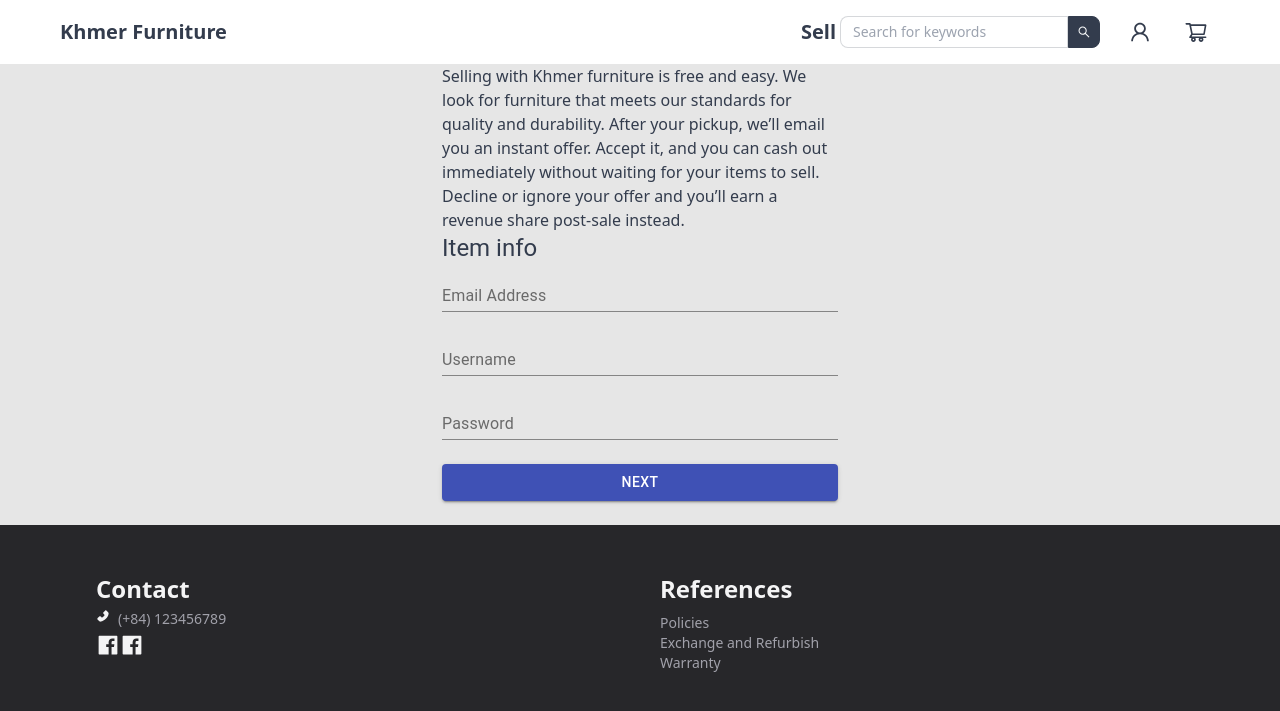
Repository: PlayerNguyen/dotot-shop
Page: /sell (app in client/)
The author's editor kept a copy of each file at every save. The page is drawn from the files as they stood at one save, then again after the next save.
The browser window is 1280 px wide. The pictures show the whole page.
The project was rebuilt for these pictures with package versions that can differ from the ones it lists, and the page was loaded fresh each time. Also part of the build but not shown: client/src/components/NoMatch/NoMatch.jsx, client/src/components/Sell/ProductDetails.js, client/src/components/Sell/Confirmation.js, client/src/components/Sell/Success.js.

Above is the page before, as saved 2022-12-06 11:23:59.

### client/src/index.html
<!DOCTYPE html>
<html lang="en" data-theme="emerald">
  <head>
    <meta charset="UTF-8" />
    <meta http-equiv="X-UA-Compatible" content="IE=edge" />
    <meta name="viewport" content="width=device-width, initial-scale=1.0" />
    <title>dotot.com - Nơi mua bán đồ cũ</title>
    <link rel="stylesheet" href="./index.css" />
  </head>
  <body>
    <div id="app"></div>

    <script src="./index.js" type="module"></script>
  </body>
</html>

### client/src/index.js
import React, { Suspense } from "react";
import client from "react-dom/client";
import { BrowserRouter } from "react-router-dom";
import App from "./App";
import "./index.css";
const appElement = document.getElementById("app");
let root = client.createRoot(appElement);
import { Provider } from "react-redux";
import { store } from "./stores/globalStore";

root.render(
  <React.StrictMode>
    <BrowserRouter>
      <Provider store={store}>
        <App />
      </Provider>
    </BrowserRouter>
  </React.StrictMode>
);

### client/src/App.jsx
import React, { Suspense } from "react";
import { ToastContainer } from "react-toastify";
import { Link, Route, Routes } from "react-router-dom";
const Home = React.lazy(() => import("./components/Home/Home"));
const Credentials = React.lazy(() =>
  import("./components/Credentials/Credentials")
);
import "react-toastify/dist/ReactToastify.css";
const SignUp = React.lazy(() => import("./components/Credentials/SignUp"));
const SignIn = React.lazy(() => import("./components/Credentials/SignIn"));
import Navbar from "./components/Navbar/Navbar";
const SignOut = React.lazy(() => import("./components/Credentials/SignOut"));
const CredentialSelection = React.lazy(() =>
  import("./components/Credentials/CredentialSelection")
);

import NoMatch from "./components/NoMatch/NoMatch";
import Footer from "./components/Footer/Footer";

const Product = React.lazy(() => import("./components/Product/Product"));
const ProductView = React.lazy(() =>
  import("./components/Product/ProductView")
);
const Profile = React.lazy(() => import("./components/Profile/Profile"));
const ProfileGeneral = React.lazy(() =>
  import("./components/Profile/ProfileGeneral")
);
const RequestSignedIn = React.lazy(() =>
  import("./components/RequestSignedIn/RequestSignedIn")
);

import { AiFillHome, AiOutlineUser } from "react-icons/ai";
const Checkout = React.lazy(() => import("./components/Checkout/Checkout"));

import Sell from "./components/Sell/Sell";

export default function App() {
  return (
    <div className="drawer bg-base-200">
      <input id="app-drawer" type="checkbox" className="drawer-toggle" />

      <div className="drawer-content flex flex-col">
        {/* Navbar */}
        <Suspense>
          <Navbar />
        </Suspense>

        {/* Render home */}
        <Routes>
          <Route path="/">
            <Route
              index
              element={
                <Suspense>
                  <Home />
                </Suspense>
              }
            />
            <Route
              path="/users"
              element={
                <Suspense>
                  <Credentials />
                </Suspense>
              }
            >
              {/* TODO: check whether user is logged in or not, to put current */}
              <Route
                index
                element={
                  <Suspense>
                    <CredentialSelection />
                  </Suspense>
                }
              />
              <Route
                path="/users/sign-up"
                element={
                  <Suspense>
                    <SignUp />
                  </Suspense>
                }
              />
              <Route
                path="/users/sign-in"
                element={
                  <Suspense>
                    <SignIn />
                  </Suspense>
                }
              />
              <Route path="/users/sign-out" element={<SignOut />} />
            </Route>
            <Route
              path="/products"
              element={
                <Suspense>
                  <Product />
                </Suspense>
              }
            >
              <Route
                path=":productId"
                element={
                  <Suspense>
                    <ProductView />
                  </Suspense>
                }
              />
            </Route>
            <Route
              element={
                <Suspense>
                  <RequestSignedIn />
                </Suspense>
              }
            >
              <Route
                path="/profile"
                element={
                  <Suspense>
                    <Profile />
                  </Suspense>
                }
              >
                <Route
                  path="/profile/general"
                  element={
                    <Suspense>
                      <ProfileGeneral />
                    </Suspense>
                  }
                />
              </Route>
            </Route>
            <Route
              path="/checkout"
              element={
                <Suspense>
                  <Checkout />
                </Suspense>
              }
            ></Route>
            <Route path="/sell" element={<Sell />} />
            <Route path="*" element={<NoMatch />} />
          </Route>
        </Routes>

        {/* Footer */}
        <Footer />
      </div>
      {/* Drawer side */}
      <div className="drawer-side">
        <label htmlFor="app-drawer" className="drawer-overlay"></label>
        <ul className="menu p-4 overflow-y-auto w-80 bg-base-100">
          <li>
            <Link to="/" className="">
              <i>
                <AiFillHome />
              </i>
              <span>Home</span>
            </Link>
          </li>

          <li>
            <Link to="/profile">
              <i>
                <AiOutlineUser />
              </i>
              <span>Users</span>
            </Link>
          </li>
        </ul>
      </div>

      <ToastContainer />
    </div>
  );
}

### client/src/stores/globalStore.ts
import { configureStore } from "@reduxjs/toolkit";
import cartSliceReducer from "../slices/CartSlice";
export const store = configureStore({
  reducer: {
    cart: cartSliceReducer,
  },
});

// Infer the `RootState` and `AppDispatch` types from the store itself
export type RootState = ReturnType<typeof store.getState>;
// Inferred type: {posts: PostsState, comments: CommentsState, users: UsersState}
export type AppDispatch = typeof store.dispatch;

### client/src/components/Navbar/Navbar.jsx
import { useState } from "react";
import {
  AiFillSetting,
  AiOutlineSearch,
  AiOutlineShoppingCart,
  AiOutlineUser,
} from "react-icons/ai";
import { ImExit } from "react-icons/im";
import { FiMenu } from "react-icons/fi";
import { Link } from "react-router-dom";

export default function Navbar() {
  const [cartSize, setCartSize] = useState(0);
  const [signedIn, setSignedIn] = useState(false);

  useState(() => {
    setSignedIn(localStorage.getItem("token") !== null);
  }, [localStorage]);

  return (
    <div className="navbar bg-base-100 lg:px-12">
      {/* Navbar start section */}
      <div className="flex flex-row lg:hidden">
        <label htmlFor="app-drawer" className="drawer-button btn btn-ghost">
          <FiMenu className="text-xl" />
        </label>
      </div>

      <div className="flex-1 px-3">
        <Link to="/">
          <h1 className="text-xl font-bold">Khmer Furniture</h1>
        </Link>
      </div>

      {/* Wide screen  */}
      <div className="hidden lg:flex flex-row gap-1 text-2xl">
      <Link to="/sell">
          <h1 className="text-xl font-bold">Sell </h1>
          <span></span>
        </Link>
        {/* Search group */}
        <div>
          <div className=" input-group">
            <input
              className="input input-bordered input-sm"
              placeholder="Search for keywords"
            />
            <button className="btn btn-square btn-sm">
              <AiOutlineSearch />
            </button>
          </div>
        </div>
        {/* Link group */}
        <div className="menu menu-horizontal p-2 rounded-box text-md">
          {!signedIn ? (
            <li>
              <Link to={"/users/"}>
                <AiOutlineUser />
              </Link>
            </li>
          ) : (
            <li>
              <div className="dropdown dropdown-end dropdown-hover block">
                <label tabIndex={0}>
                  <AiOutlineUser />
                </label>
                <ul
                  tabIndex={0}
                  className="menu dropdown-content p-2 shadow bg-base-100 rounded-box w-52 mt-4 text-sm"
                >
                  <li className="block">
                    <Link to="/profile">
                      <AiFillSetting />
                      Profile
                    </Link>
                  </li>
                  <li className="block">
                    <Link to={`/users/sign-out`}>
                      <ImExit />
                      Sign out
                    </Link>
                  </li>
                </ul>
              </div>
            </li>
          )}

          <li>
            <Link to={"/checkout"} className="relative">
              <AiOutlineShoppingCart />
              {cartSize && cartSize > 0 ? (
                <span className="text-sm ">{cartSize}</span>
              ) : null}
            </Link>
          </li>
        </div>
      </div>

      {/* For small screen */}
      <div className="lg:hidden">
        <div className="menu menu-horizontal p-2 rounded-box text-xl">
          {/* Shopping cart */}
          <li>
            <a className="relative">
              <span>
                <AiOutlineShoppingCart />
              </span>
              {cartSize && cartSize > 0 ? (
                <span className="absolute text-sm left-2 top-2 bg-red-400 px-2 rounded-full text-white">
                  {cartSize}
                </span>
              ) : null}
            </a>
          </li>
          {/* Search */}
          <li>
            <a className="relative">
              <AiOutlineSearch />
            </a>
          </li>
        </div>
      </div>
    </div>
  );
}

### client/src/components/Footer/Footer.jsx
import React from "react";
import { AiFillFacebook, AiFillPhone } from "react-icons/ai";

export default function Footer() {
  return (
    <div className="footer-wrapper bg-zinc-800 text-zinc-100 md:px-12">
      <footer className="footer p-12 min-h-[20vh] flex flex-col gap-4 sm:flex-row  sm:gap-10">
        <div className="flex flex-col gap-1 flex-1">
          {/* <div className="font-bold text-2xl">General</div> */}
          <div className={`font-bold text-2xl`}>Contact</div>

          <div>
            <div className="flex flex-row gap-2">
              <span>
                <AiFillPhone />
              </span>
              <span className="text-zinc-400">(+84) 123456789</span>
            </div>
            {/* Social medias */}
            <div className="flex flex-row text-2xl my-1">
              <div>
                <AiFillFacebook />
              </div>
              <div>
                <AiFillFacebook />
              </div>
            </div>
          </div>
        </div>

        <div className="flex-1">
          <div className="text-2xl font-bold">References</div>
          <div className="text-zinc-400">
            <div>Policies</div>
            <div>Exchange and Refurbish</div>
            <div>Warranty</div>
          </div>
        </div>
      </footer>
    </div>
  );
}

### client/src/components/Sell/Sell.jsx
import React, { Component } from 'react'
import UserDetails from './UserDetails';
import ProductDetails from './ProductDetails';
import Confirmation from './Confirmation';
import Success from './Success';

export default class Sell extends Component{

  state = {
    step: 1,
    email: '',
    username: '',
    password: '',
    firstName: '',
    lastName: '',
    country: '',
    levelOfEducation: '',
  }

  // go back to previous step
  prevStep = () => {
    const { step } = this.state;
    this.setState({ step: step - 1 });
  }

  // proceed to the next step
  nextStep = () => {
    const { step } = this.state;
    this.setState({ step: step + 1 });
  }

  // Handle fields change
  handleChange = input => e => {
    this.setState({ [input]: e.target.value });
  }

  render() {
    const { step } = this.state;
    const { email, username, password, firstName, lastName, country, levelOfEducation } = this.state;
    const values = { email, username, password, firstName, lastName, country, levelOfEducation }

    switch(step) {
      case 1:
        return (
          <UserDetails
            nextStep={ this.nextStep }
            handleChange={ this.handleChange }
            values={ values }
          />
        )
      case 2:
        return (
          <ProductDetails
            prevStep={ this.prevStep }
            nextStep={ this.nextStep }
            handleChange={ this.handleChange }
            values={ values }
          />
        )
      case 3:
          return (
            <Confirmation
              prevStep={ this.prevStep }
              nextStep={ this.nextStep }
              values={ values }
            />
          )
        case 4:
          return (
            <Success />
          )
      default:
          // do nothing
    }
  }

}

### client/src/slices/CartSlice.ts
import { createSlice } from "@reduxjs/toolkit";
import type { PayloadAction } from "@reduxjs/toolkit";

const cart = localStorage.getItem(
  process.env.CART_ITEM_KEY_NAME ? process.env.CART_ITEM_KEY_NAME : "cartItems"
);
const initialState = {
  items: cart ? JSON.parse(cart) : new Set(),
};

const CartSlice = createSlice({
  name: "Cart",
  initialState,
  reducers: {
    addCartItem: (state, action: PayloadAction<string>) => {
      if (!state.items.includes(action.payload)) {
        state.items = [...state.items, action.payload];
      }
    },
    removeCartItem: (state, action: PayloadAction<string>) => {
      state.items = [...state.items].filter((ele) => ele !== action.payload);
    },
    clearCartItem: (state) => {
      state.items = [];
    },
  },
});

export const { addCartItem, removeCartItem, clearCartItem } = CartSlice.actions;

export default CartSlice.reducer;

### client/src/components/Sell/UserDetails.js
import React from 'react'
// import { makeStyles } from '@material-ui/core/styles';
import { Container, Typography, Grid, TextField, Button } from '@material-ui/core'


const UserDetails = ({ nextStep, handleChange, values }) => {

    // for continue event listener
    const Continue = e => {
      e.preventDefault();
      nextStep();
    }

    return (
      <Container  component="main" maxWidth="xs">
        <div>
        <div> Selling with Khmer furniture is free and easy. We look for furniture that meets our standards for quality and durability.
          After your pickup, we’ll email you an instant offer. Accept it, and you can cash out immediately without waiting for your items to sell.
           Decline or ignore your offer and you’ll earn a revenue share post-sale instead.</div>

          <Typography  component="h1" variant="h5" className='content-center bold'>
           Item info
          </Typography>
          <form>
            <Grid container spacing={2}>
                {/* email address */}
                <Grid item xs={12}>
                  <TextField
                    placeholder="Email Address"
                    label="Email Address"
                    onChange={handleChange('email')}
                    defaultValue={values.email}
                    // variant="outlined"
                    autoComplete="email"
                    fullWidth
                  />
                </Grid>
                <br />
                {/* username */}
                <Grid item xs={12}>
                  <TextField
                    placeholder="Username"
                    label="Username"
                    onChange={handleChange('username')}
                    defaultValue={values.username}
                    // variant="outlined"
                    autoComplete="username"
                    fullWidth
                  />
                </Grid>
                <br />
                {/* password */}
                <Grid item xs={12}>
                  <TextField
                    placeholder="Password"
                    label="Password"
                    onChange={handleChange('password')}
                    defaultValue={values.password}
                    // variant="outlined"
                    autoComplete="password"
                    fullWidth
                    type="password"
                  />
                </Grid>
            </Grid>
            <br />
            <Button
              onClick={ Continue }
              type="submit"
              fullWidth
              variant="contained"
              color="primary"
            >
              Next
            </Button>
          </form>
        </div>
        <br/>
      </Container>
    )
  }

  export default UserDetails

### client/tailwind.config.js
/** @type {import('tailwindcss').Config} */
module.exports = {
  content: ["./src/**/*.{html,js,ts,jsx,tsx}"],
  theme: {
    extend: {},
  },
  plugins: [require("daisyui")],
  // daisyUI config (optional)
  daisyui: {
    styled: true,
    themes: true,
    base: true,
    utils: true,
    logs: true,
    rtl: false,
    prefix: "",
    darkTheme: "dark",
  },
};

Loaded but not shown: client/src/index.css (common file)

After the next save:
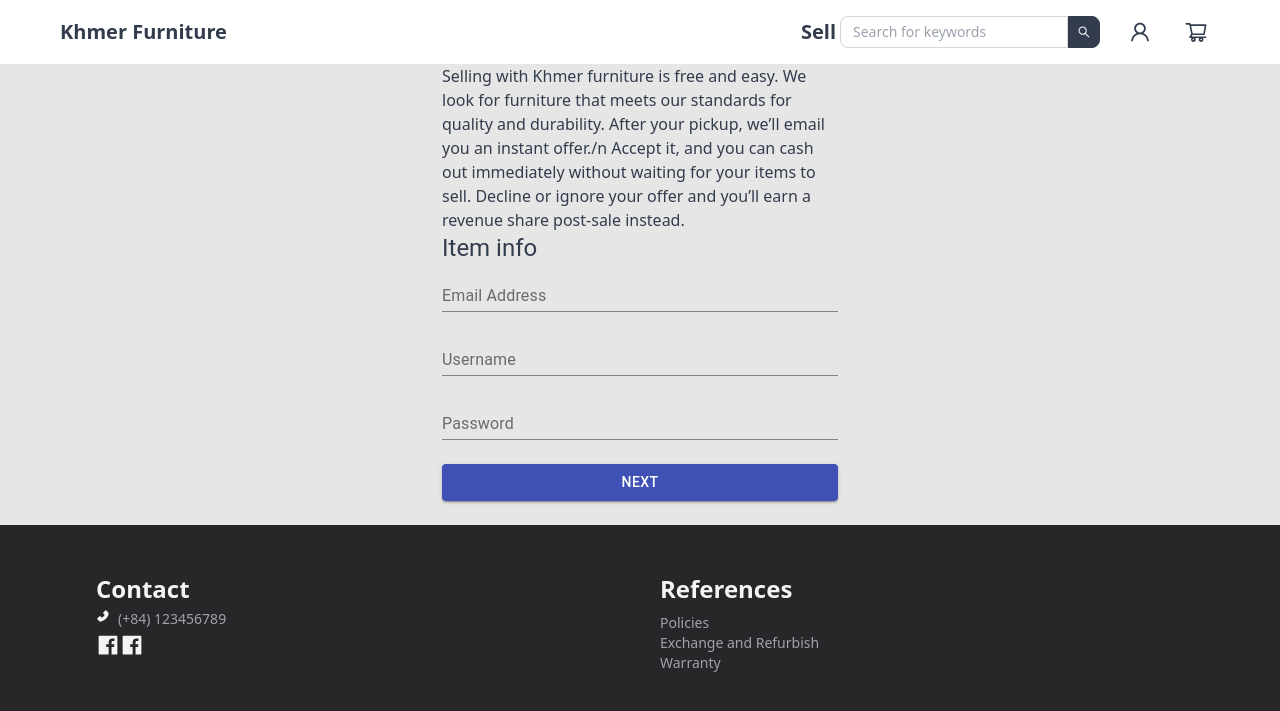
Saved 19 s later.
--- a/client/src/components/Sell/UserDetails.js
+++ b/client/src/components/Sell/UserDetails.js
@@ -15,7 +15,7 @@ const UserDetails = ({ nextStep, handleChange, values }) => {
       <Container  component="main" maxWidth="xs">
         <div>
         <div> Selling with Khmer furniture is free and easy. We look for furniture that meets our standards for quality and durability.
-          After your pickup, we’ll email you an instant offer. Accept it, and you can cash out immediately without waiting for your items to sell.
+          After your pickup, we’ll email you an instant offer./n Accept it, and you can cash out immediately without waiting for your items to sell.
            Decline or ignore your offer and you’ll earn a revenue share post-sale instead.</div>
 
           <Typography  component="h1" variant="h5" className='content-center bold'>
